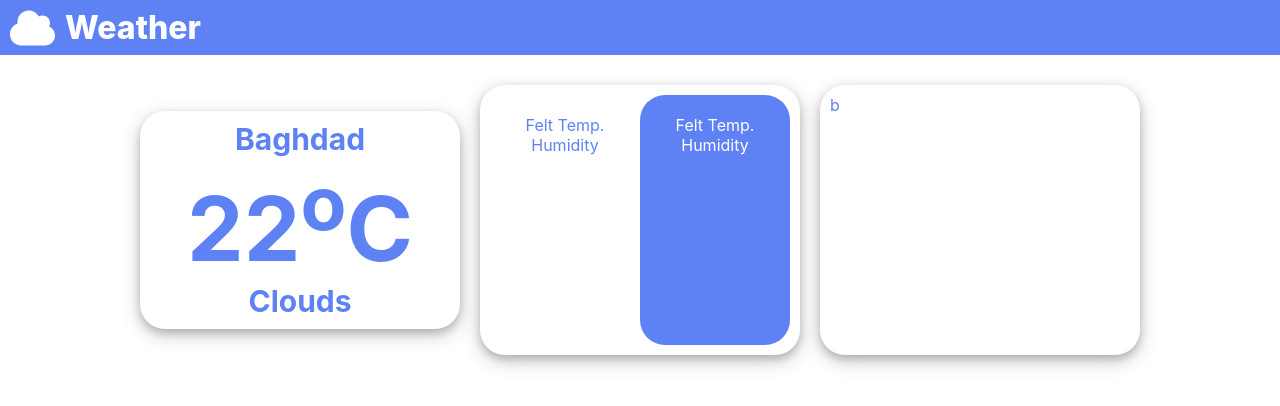
Repository: ahmedazawi/weather-app
Page: /
An editor plug-in stored every save of this project. The page is shown before and after the next save, followed by the edit.
The browser window is 1280 px wide. The pictures show the whole page.
The project was rebuilt for these pictures with package versions that can differ from the ones it lists, and the page was loaded fresh each time.

Above is the page before, as saved 2022-11-29 21:51:00.

### src/App.js
import "./App.css";
import Header from "./layout/Header";
import Details from "./components/Details";
function App() {
  return (
    <div className="App">
      <Header />
      <Details />
    </div>
  );
}

export default App;

### src/App.css
body {
  --primaryColor: #5e82f4;
  --borderRadius: 25px;
}

.nav {
  display: flex;
  align-items: center;
  height: 55px;
  background-color: var(--primaryColor);
}

### src/layout/Header.js
import React from "react";
import { FontAwesomeIcon } from "@fortawesome/react-fontawesome";
import { faCloud } from "@fortawesome/free-solid-svg-icons";
const Header = () => {
  return (
    <div className="nav">
      <div>
        <FontAwesomeIcon
          className="f-icon"
          icon={faCloud}
          color="White"
          style={{ marginLeft: "10px", fontSize: "40px" }}
        />
      </div>

      <h1 style={{ color: "white", marginLeft: "10px", fontWeight: "800" }}>
        Weather
      </h1>
    </div>
  );
};

export default Header;

### src/components/Details.js
import React from "react";
import "../assets/css/details.css";
const Details = () => {
  return (
    <div className="main">
      <div className="big-cards">
        <div>
          <div>Baghdad</div>
          <div
            style={{
              fontSize: "90px",
            }}
          >
            22<sup>o</sup>C
          </div>
          <div>Clouds</div>
        </div>
        <div>
          <div className="line-a">
            <span>Felt Temp.</span>
            <span>Humidity</span>
          </div>
          <div className="line-b">
            <span>Felt Temp.</span>
            <span>Humidity</span>
          </div>
        </div>
        <div>b</div>
      </div>
    </div>
  );
};

export default Details;

### src/assets/css/details.css
.main {
  width: 100%;
  display: flex;
  flex-direction: column;
}

.big-cards {
  width: 100%;
  min-height: fit-content;
  display: flex;
  flex-direction: row;
  flex-wrap: wrap;
  gap: 20px;
  align-items: center;
  justify-content: center;
  margin-top: 30px;
  color: var(--primaryColor);
}
.big-cards > div {
  width: 300px;
  height: 250px;
  background-color: white;
  padding: 10px;
  border-radius: var(--borderRadius);
  box-shadow: 0 4px 8px 0 rgba(0, 0, 0, 0.2), 0 6px 20px 0 rgba(0, 0, 0, 0.19);
}
.big-cards > div:first-child {
  display: flex;
  flex-direction: column;
  align-items: center;
  height: 100%;
}
.big-cards > div:first-child > div {
  font-size: 30px;
  font-weight: bold;
}
.big-cards > div:nth-child(2) {
  display: flex;
  flex-direction: row;
  justify-content: space-between;
}
.big-cards > div:nth-child(2) > div {
  display: flex;
  flex-direction: column;
  align-items: center;
}
.line-a {
  width: 50%;
  padding: 20px;
}
.line-b {
  width: 50%;
  color: white;
  background-color: var(--primaryColor);
  border-radius: var(--borderRadius);
  padding: 20px;
}

Loaded but not shown: public/index.html (common file); src/index.js (common file); src/index.css (common file)

After the next save:
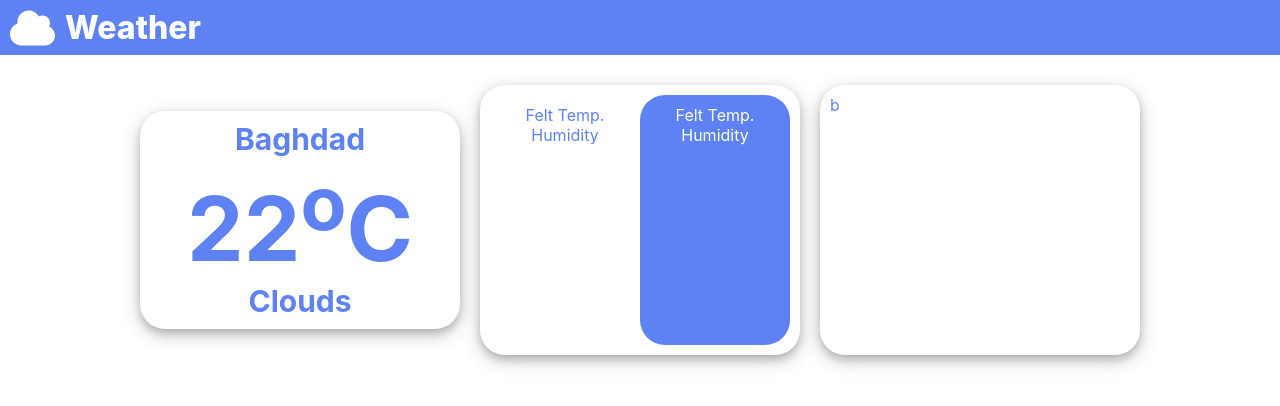
Saved 14 s later.
--- a/src/assets/css/details.css
+++ b/src/assets/css/details.css
@@ -46,12 +46,12 @@
 }
 .line-a {
   width: 50%;
-  padding: 20px;
+  padding: 10px;
 }
 .line-b {
   width: 50%;
   color: white;
   background-color: var(--primaryColor);
   border-radius: var(--borderRadius);
-  padding: 20px;
+  padding: 10px;
 }
